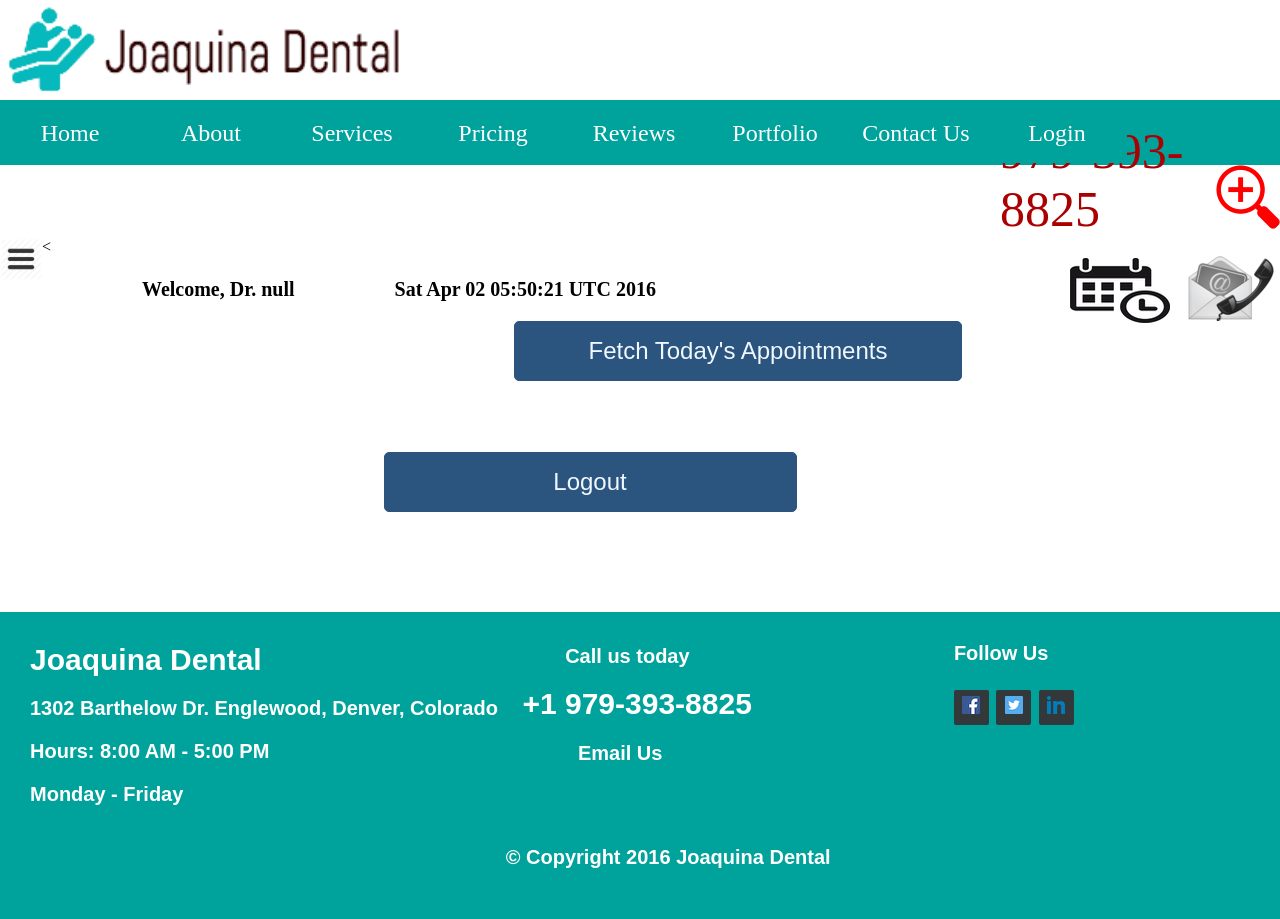
Repository: ManjushaBolishetty/test
Page: http://localhost/test/DentistHomePage.jsp
An editor plug-in stored every save of this project. The page is shown before and after the next save, followed by the edit.
The browser window is 1280 px wide. The pictures show the whole page.
The page is served by Tomcat 9. Other server files are loaded and not shown.

Above is the page before, as saved 2016-04-03 07:46:05.

### test/WebContent/DentistHomePage.jsp
<%@include file="header.jsp" %>
<%@ page import="java.io.*,java.util.*" %>
<%@ page import="javax.servlet.*,java.text.*" %>

<!DOCTYPE html PUBLIC "-//W3C//DTD HTML 4.01 Transitional//EN" "http://www.w3.org/TR/html4/loose.dtd">
<html>
<head>
    <meta http-equiv="Content-Type" content="text/html; charset=ISO-8859-1">
	<meta name="viewport" content="width=device-width, initial-scale=1">
<link href="CSS/ResponsiveForm.css" rel="stylesheet" type="text/css" />
    <<title>My Appointments</title>
</head>
<body>
<div class="Logindate">
<%
   Date date = new Date();
   out.print("<h4 align=\"left\">" +"Welcome, Dr. " + session.getAttribute("Dentist_Name") + "</h4>\n");
   out.print("<h4 align=\"left\">" + date.toString() + "</h4>");
%>
</div>

<div class="appointment" align=center>
  <form action="HelloWorldServlet" method="post">
      <input type="submit" value="Fetch Today's Appointments" />
  </form>
</div>

<div class="Logoutbutton" align=left>
  <form action="Login" method="post">
      <input type="submit" value="Logout" />
  </form>
</div>
  <footer class="footer-distributed">
			<div class="footer-left">

				<h3>Joaquina Dental</h3>
				<p>1302 Barthelow Dr.
				Englewood, Denver, Colorado</p>
				<p >Hours: 8:00 AM - 5:00 PM</p>
				<p >Monday - Friday</p>
			</div>

			<div class="footer-center">

				<p class="callusToday">Call us today  </p><br/>
				<br/>
				<h3>+1 979-393-8825</h3><br/>
				<p class="emailUs">Email Us</p>
			</div>

			<div class="footer-right">

				<p>Follow Us</p>

				<div class="footer-icons">

					<a href="#"><i class="fa fa-facebook"></i></a>
					<a href="#"><i class="fa fa-twitter"></i></a>
					<a href="#"><i class="fa fa-linkedin"></i></a>

				</div>

			</div>
<p class="copyright" >&copy; Copyright 2016 Joaquina Dental</p>
		</footer>
</body>
</html>

### test/WebContent/header.jsp
<%@ page language="java" contentType="text/html; charset=UTF-8"
    pageEncoding="UTF-8"%>
<!DOCTYPE html>
<html>
<head>
<meta http-equiv="Content-Type" content="text/html; charset=UTF-8">
<meta name="viewport" content="width=device-width, initial-scale=1">
<link href="CSS/testeverything.css" rel="stylesheet" type="text/css" />
<style>

#zoom img {
    width: 5%;
    position: absolute;
    right: 0;
}
</style>
<title>Insert title here</title>
</head>

<body>
<div id="header">
	<img class="logoimage" src="Images/Drawing (4).png" alt="Joaquina Dental"></img>
	<span class="phonenumber">979-393-8825</span>
	<a href="#" class="scheduleanchor"><img class="Contact" src="Images/Contact_Us.png"></img></a>
	<a href="#" class="scheduleanchor"><img class="Calendar" src="Images/calendar.png"></img></a>
</div>

<div id="navmenu">
	<img class="iconimage" src="Images/collpased_menu.png"></img><label for="show-menu" class="show-menu iconlabel">Menu</label>
	<input type="checkbox" id="show-menu" role="button">

	<ul id="menu">
		  <li><a href="#">Home</a></li>
		  <li><a href="#">About</a></li>
		  <li>
		    	<a href="#">Services</a>
			    <ul class="dropdownContent">
			      <li><a href="#">Extraction</a></li>
			      <li><a href="#">Transplant</a></li>
			      <li><a href="#">Root Canal</a></li>
			      <li><a href="#">Cleaning</a></li>
			    </ul>
	  	   </li>
	  	   <li><a href="#">Pricing</a></li>
	  	   <li><a href="#">Reviews</a></li>
	  	   <li><a href="#">Portfolio</a></li>
	  	   <li><a href="#">Contact Us</a></li>
	  	   <li><a href="#">Login</a></li>
	</ul>
</div>
<div id="zoom" style="width:100%;height:0px">
	<a href="#" class=""><img class="zoom" src="Images/zoom.png"></img></a>
</div>
</body>
</html>

### test/WebContent/CSS/testeverything.css
body{
  border: 0;
  padding: 0;
  margin: 0;
  height: 100%;

}

#header{
	width:100%;
	height:100px;
  background-color:white;
}

#header h3{
	display:inline;
	width:auto;
	height:auto;
}
#header img{
	width:auto;
	float:left;
	padding-left:0px;
	height:100%;
}


.Contact{

	max-width:100%;
	height:auto;
	margin-left:10px;
	margin-top:18px;
}


.Calendar{

	max-width:100%;
	height:auto;
	margin-left:10px;
	margin-top:20px;
}

#header a{
	float:right;
	/*margin-right: 40px;*/
}
.logoSchedule{
	width:auto;
	float:left;
}

.logoContact{
	width:auto;
	float:right;
}

#navmenu{
	width:100%;
	height:65px;
	background:#00A29C;
}

ul {
	list-style-type:none;
	margin:0;
	padding:0;
	position: absolute;
}

/*Create a horizontal list with spacing*/
li {
	display:inline-block;
	float: left;
	margin-right: 1px;
}

/*Style for menu links*/
li a {
	display:block;
	min-width:140px;
	padding-top:20px;
	padding-bottom:16px;
	font-size:24px;
	text-align: center;
	font-family: 'Roboto Slab', serif;
	color: white;
	background: #00A29C;
	text-decoration: none;
}

.phonenumber{
    font-size: 50px;
    margin-left: 1000px;
    display: inline-block;
    margin-top: 22px;
    color: #ab0002;
    float:left;
}

/*Hover state for top level links*/
li:hover a {
	background: black;
}

/*Style for dropdown links*/
li:hover ul a {
	background: #e6ffff;
	color: blue;
}

/*Hover state for dropdown links*/
li:hover ul a:hover {
	background: #19c589;
	color: #fff;
}

/*Hide dropdown links until they are needed*/
li ul {
	display: none;
}

/*Make dropdown links vertical*/
li ul li {
	display: block;
	float: none;
}



/*Display the dropdown on hover*/
ul li a:hover + .dropdownContent, .dropdownContent:hover {
	display: block;
}

/*Responsive Styles*/

	.show-menu {
	font-family: "Helvetica Neue", Helvetica, Arial, sans-serif;
	text-decoration: none;
	color: #fff;
	background: #00A29C;
	text-align: center;
	padding: 10px 0;
	display: none;
}

.iconlabel{
	width:100%;
	height:auto;
	padding:1%;
}

.iconimage{
	float:left;
	height:42px;
}


.callusToday{
	padding-left:10%;
}
.emailUs{
	padding-left:13%;
}

/*Hide checkbox*/
input[type=checkbox]{
    display: none;
}

/*Show menu when invisible checkbox is checked*/
input[type=checkbox]:checked ~ #menu{
    display: block;
}

@media screen and (max-width : 832px){
	/*Make dropdown links appear inline*/
	ul {
		position: static;
		display: none;
	}

	/*Create vertical spacing*/
	li {
		margin-bottom: 1px;
	}
	/*Make all menu links full width*/
	ul li, li a {
		width: 100%;
	}
	.show-menu {
		display:block;
	}
	.imageHolder{
		display:none;
	}
	.iconlabel
	{
	padding-top:12px;
	float:left;
	width:auto;
	}
}



#Content{
	width:100%;
	height:600px;
	background:white;
}

.imageHolder{
	width:100%;
	height:400px;
	background-image: url("/BigHornDental/Images/appointment.jpg");
    background-repeat: no-repeat;
    background-size: contain;
    border: 1px solid black;
}


.login{
  width: 40%;
  font-family: lato;
  position: relative;
  color: white;
  border:1px solid blue;
  border-radius: 10px;
  background-color:blue;
  text-align:center;
}

.Logoutbutton{
	padding-right:100px;
}

.Logindate h4{
	float: left;
    font-size: 20px;
    display: block;
    line-height: 12px;
    text-align: left;
    padding-left:100px;
}


/*For Footer*/
footer{
padding-left:40px;
}

.footer-distributed{
	background-color: #00A29c;
	box-shadow: 0 1px 1px 0 rgba(0, 0, 0, 0.12);
	box-sizing: border-box;
	width: 100%;
	height:auto;
	text-align: left;
	font: bold 16px sans-serif;
	padding: 30px 30px;
	margin-top: 80px;
}

.footer-distributed .footer-left,
.footer-distributed .footer-center,
.footer-distributed .footer-right{
	display: inline-block;
	vertical-align: top;
}

/* Footer left */

.footer-distributed .footer-left{
	width: 40%;
}

 p{
	font-size:20px;
	color:white;
}

/* The company logo */

.footer-distributed h3{
	color:  white;
	margin: 0;
}


/* Footer links */

.footer-distributed .footer-links{
	color:  #ffffff;
	margin: 20px 0 12px;
	padding: 0;
}

.footer-distributed .footer-links a{
	display:inline-block;
	line-height: 1.8;
	text-decoration: none;
	color:  inherit;
}

.footer-distributed .footer-company-name{
	color:  #8f9296;
	font-size: 14px;
	font-weight: normal;
	margin: 0;
}

/* Footer Center */

.footer-center p{
	padding-top:3px;
}

.footer-right p{
	margin-top:0px;
}

.footer-distributed .footer-center{
	width: 35%;
}

.footer-distributed .footer-center i{
	background-color:  #33383b;
	color: #ffffff;
	font-size: 25px;
	width: 38px;
	height: 38px;
	border-radius: 50%;
	text-align: center;
	line-height: 42px;
	margin: 10px 15px;
	vertical-align: middle;
}

.footer-distributed .footer-center i.fa-envelope{
	font-size: 17px;
	line-height: 38px;
}

.footer-distributed .footer-center p{
	display: inline-block;
	color: #ffffff;
	vertical-align: middle;
	margin:0;
}

.footer-distributed .footer-center p span{
	display:block;
	font-weight: normal;
	font-size:14px;
	line-height:2;
}

.footer-distributed .footer-center p a{
	color:  white;
	text-decoration: none;;
}


/* Footer Right */

.footer-distributed .footer-right{
	width: 20%;
}

.footer-distributed .footer-company-about span{
	display: block;
	color:  black;
	font-size: 14px;
	font-weight: bold;
	margin-bottom: 20px;
}

.footer-distributed .footer-icons{
	margin-top: 25px;
}

.footer-distributed .footer-icons a{
	display: inline-block;
	width: 35px;
	height: 35px;
	cursor: pointer;
	background-color:  #33383b;
	border-radius: 2px;

	font-size: 20px;
	color: #ffffff;
	text-align: center;
	line-height: 35px;

	margin-right: 3px;
	margin-bottom: 5px;
}

.fa-twitter:before {
    content: url("../Images/twitter.png");
}
.fa-facebook:before {
    content: url("../Images/facebook.png");
}
.fa-linkedin:before {
    content: url("../Images/linkedin.png");
}

.fa-linkedin:before {
    content: url("../Images/linkedin.png");
}

.footer-left span{

}


.copyright{
	padding-left: 39%;
}

/* If you don't want the footer to be responsive, remove these media queries */

@media (max-width: 880px) {

	.footer-distributed{
		font: bold 14px sans-serif;
	}

	.footer-distributed .footer-left,
	.footer-distributed .footer-center,
	.footer-distributed .footer-right{
		display: block;
		width: 100%;
		margin-bottom: 40px;
		text-align: center;
	}

	.footer-distributed .footer-center i{
		margin-left: 0;
	}

}


/*Supports Iphone 5,6 and 6S-Plus*/

@media screen and (max-width : 440px){
	/*Make dropdown links appear inline*/
	#header img{
		width:80%;
	}

	.iconimage{
		height:100%;
		width:10%;
	}
	.iconlabel{
		font-size:30px;
	}
	.show-menu{
		font-size:30px;
	}

	#showOnMobile{
		display:block;
	}

	.Contact{
	width:80px;
	height:auto;
	margin-left:0px;
	margin-top:8px;
	}


.Calendar{

	width:80px;
	height:auto;
	margin-left:0px;
	margin-top:8px;
	}

.phonenumber{
	display:none;
	}

	.callusToday{
	padding-left:0%;
	}
	.emailUs{
		padding-left:0%;
	}

	.copyright{
		text-align:center;
		padding-left:0%;
		width:100%;
	}
}


@media screen and (max-width : 780px){
	.phonenumber{
		margin-left:70px;
	}
	.iconimage{
		height:65px;
	}
	.iconlabel{
		font-size:30px;
	}
	.callusToday{
		padding-left:0%;
		font-size:20px;
	}
	.emailUs{
		padding-left:0%;
	}
	.footer-left p{
		font-size:20px;
	}
	.footer-center p{
		font-size:20px;
	}
	.footer-right p{
		font-size:20px;
	}
	.copyright{
		text-align:center;
		padding-left:0%;
		width:100%;
	}

}

### test/WebContent/CSS/ResponsiveForm.css
* {
/* With these codes padding and border does not increase it's width and gives intuitive style.*/
box-sizing: border-box;
}

body {
	margin:0;
	padding:0;
	font-family: 'Roboto Slab', serif;
	width:100%;
}

#cover{
	width: 55%;
	margin: 30px 30% 10px 25%;
	padding:10px 0;
	border: 2px solid black;
	border-radius:10px;
}
form{
	width:70%;
	margin:4% 15%;
}
header {
    background-color: #00A29C;
    text-align: center;
    padding-top: 1px;
    padding-bottom: 8px;
    margin-top: -11px;
    margin-bottom: -8px;
    border-radius: 10px 10px 0 0;
    color: aliceblue;
    height: 100px;
    font-size: 24px;
}

h3{
	font-size: 30px;
	padding-top:1px;
}
#newuser{
	margin-right:10px;
}

label{
	font-size:24px;
}


/* Makes responsive fields. Sets size and field alignment.*/
input[type=text]{
	margin-bottom: 20px;
	margin-top: 10px;
	width:100%;
	padding: 15px;
	border-radius:5px;
	border:1px solid #7ac9b7;
	font-size:20px;
}
input[type=password]{
	margin-bottom: 20px;
	margin-top: 10px;
	width:100%;
	padding: 15px;
	border-radius:5px;
	border:1px solid #7ac9b7;
	font-size:20px;
}

input[type=radio]{
	margin-bottom: 20px;
	margin-top: 10px;
	padding: 15px;
	border-radius:5px;
	border:1px solid #7ac9b7;
	font-size:20px;
}

select{
	margin-bottom: 20px;
	margin-top: 10px;
	width:100%;
	height:25px;
	padding: 15px;
	border-radius:5px;
	border:1px solid #7ac9b7;
}

.datepicker{
	height:30px;
}

.result{
	color:blue;
}

input[type=submit]
{
	margin-bottom: 20px;
	width:50%;
	margin-left:25%;
	padding: 15px;
	border-radius:5px;
	border:1px solid #7ac9b7;
	background-color: #2b547e;
	border-color:#2b547e;
	color: aliceblue;
	font-size:24px;
	cursor:pointer;
}
#submit:hover
{
	background-color: blue;
}
textarea{
	width:100%;
	padding: 15px;
	margin-top: 10px;
	border:1px solid #7ac9b7;
	border-radius:5px;
	margin-bottom: 20px;
	resize:none;
}
input[type=text]:focus,textarea:focus {
	border-color: #4697e4;
}

@media screen and (max-width : 768px){
	h2{
		font-size:16px;
	}
	p{
		font-size:14px;
	}
	label{
		font-size:12px;
	}
	input[type=submit]{
		padding:5px;
	}
	input[type=text]{
		padding: 8px;
	}
	div#envelope{
		width: 80%;
		margin: 10px 30% 10px 11%;
	}
}

@media screen and (max-width : 415px){
	#cover{
	width: 95%;
	margin: 30px 30% 30px 2.5%;
	padding:10px 0;
	border: 2px solid black;
	border-radius:10px;
	}
	input[type=submit]{
		padding:4px;
		font-size:20px;
		white-space:normal;
	}
	input[type=text]{
		padding: 8px;
		font-size:20px;
	}

	input[type=password]{
		padding: 8px;
		font-size:20px;
	}
	label{
		font-size:22px;
	}
	h2{
		font-size:22px;
	}
	p{
		font-size:18px;
	}
	div#envelope{
		width: 80%;
		margin: 10px 30% 10px 11%;
	}

}

@media screen and (max-width : 768px){
	#cover{
	width: 90%;
	margin: 30px 30% 30px 5.5%;
	padding:10px 0;
	border: 2px solid black;
	border-radius:10px;
	}
	input[type=submit]{
		padding:4px;
		font-size:20px;
		white-space:normal;
	}
	input[type=text]{
		padding: 8px;
		font-size:20px;
	}

	input[type=password]{
		padding: 8px;
		font-size:20px;
	}
	label{
		font-size:22px;
	}
	h2{
		font-size:22px;
	}
	p{
		font-size:18px;
	}
	div#envelope{
		width: 80%;
		margin: 10px 30% 10px 11%;
	}

}

After the next save:
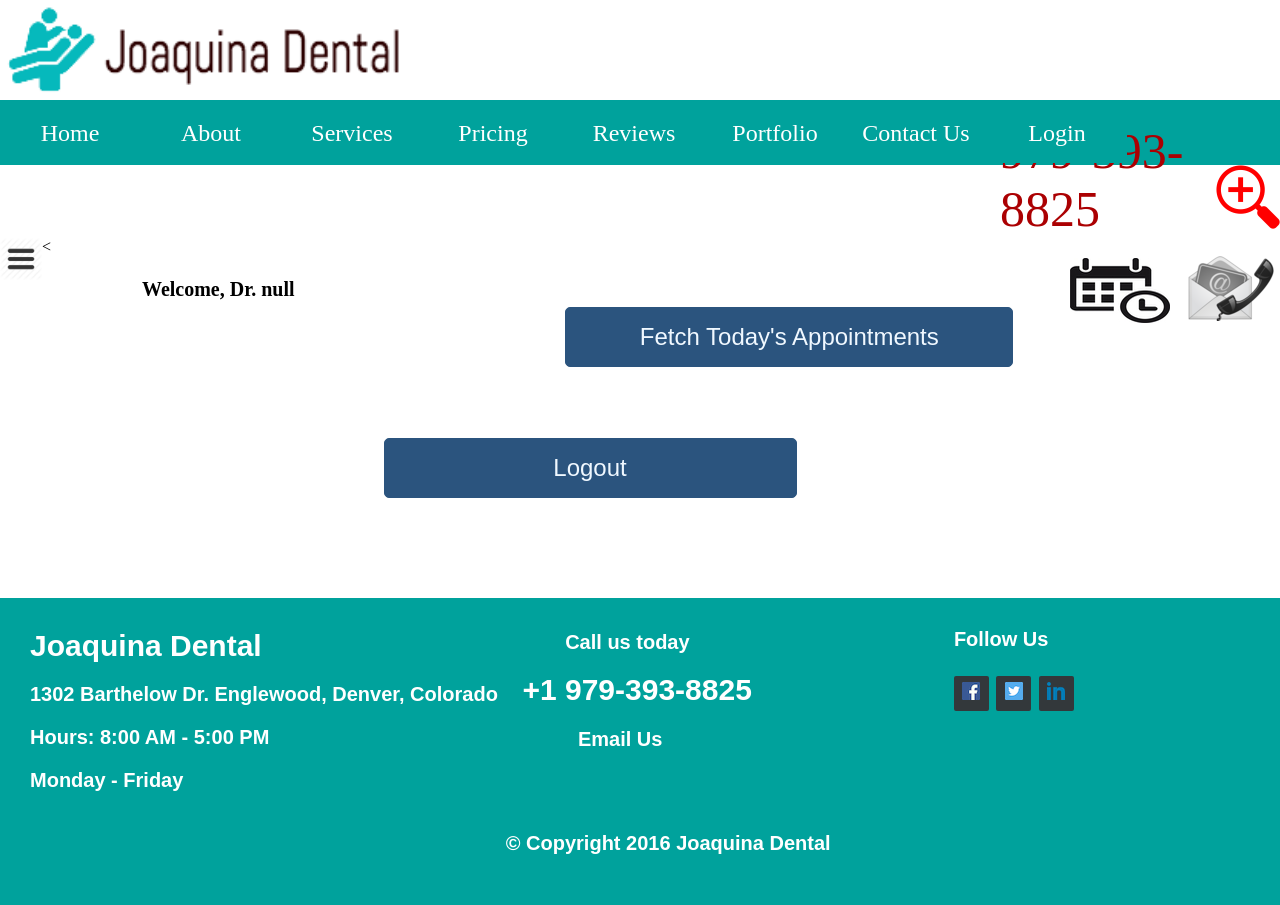
Saved 43 s later.
--- a/test/WebContent/DentistHomePage.jsp
+++ b/test/WebContent/DentistHomePage.jsp
@@ -15,7 +15,7 @@
 <%
    Date date = new Date();
    out.print("<h4 align=\"left\">" +"Welcome, Dr. " + session.getAttribute("Dentist_Name") + "</h4>\n");
-   out.print("<h4 align=\"left\">" + date.toString() + "</h4>");
+   /*  out.print("<h4 align=\"left\">" + date.toString() + "</h4>");*/
 %>
 </div>
 
